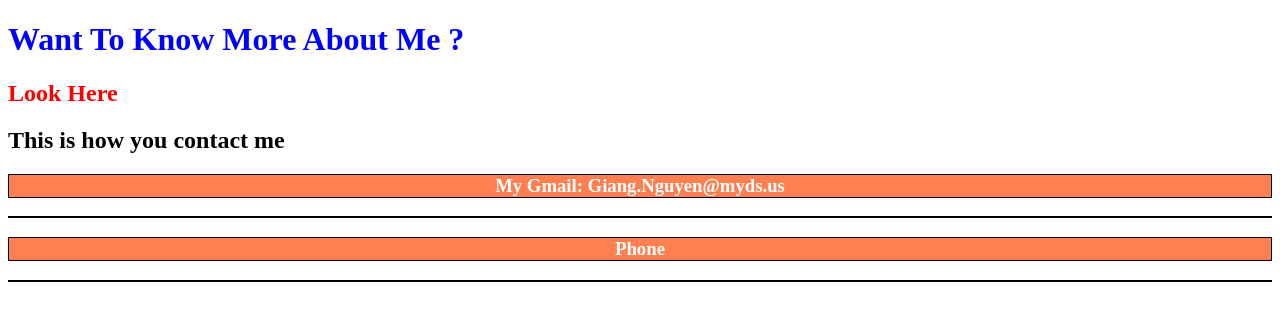
Repository: GiangNguyen2805/GiangNguyen2805.github.io
Page: contactme.html
The author's editor kept a record of every edit. The page is drawn from the files as they stood at one moment, then again after the next edit.
The browser window is 1280 px wide. The pictures show the whole page.

Above is the page before.

After the next edit:
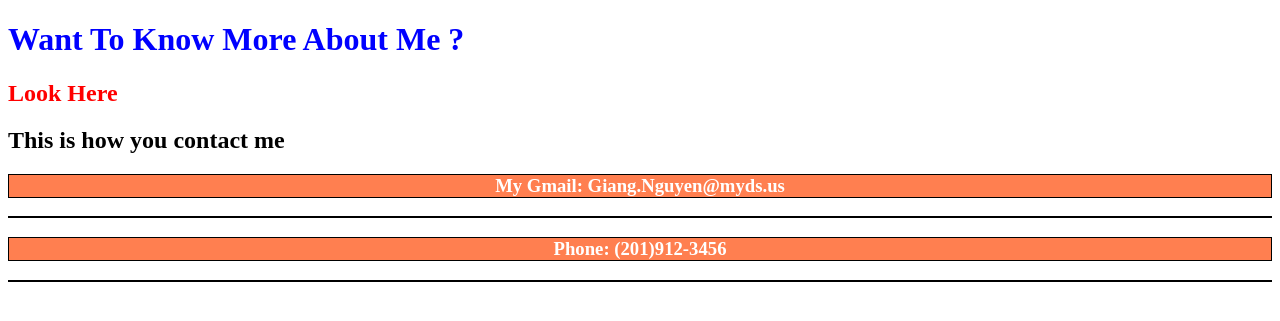
The edit:
--- a/contactme.html
+++ b/contactme.html
@@ -18,4 +18,4 @@
 
 
  <h3 style="text-align:center;"><p>My Gmail: Giang.Nguyen@myds.us</h3></p>
- <h3 style="text-align:center;"><p>Phone</h3></p>
+ <h3 style="text-align:center;"><p>Phone: (201)912-3456</h3></p>
